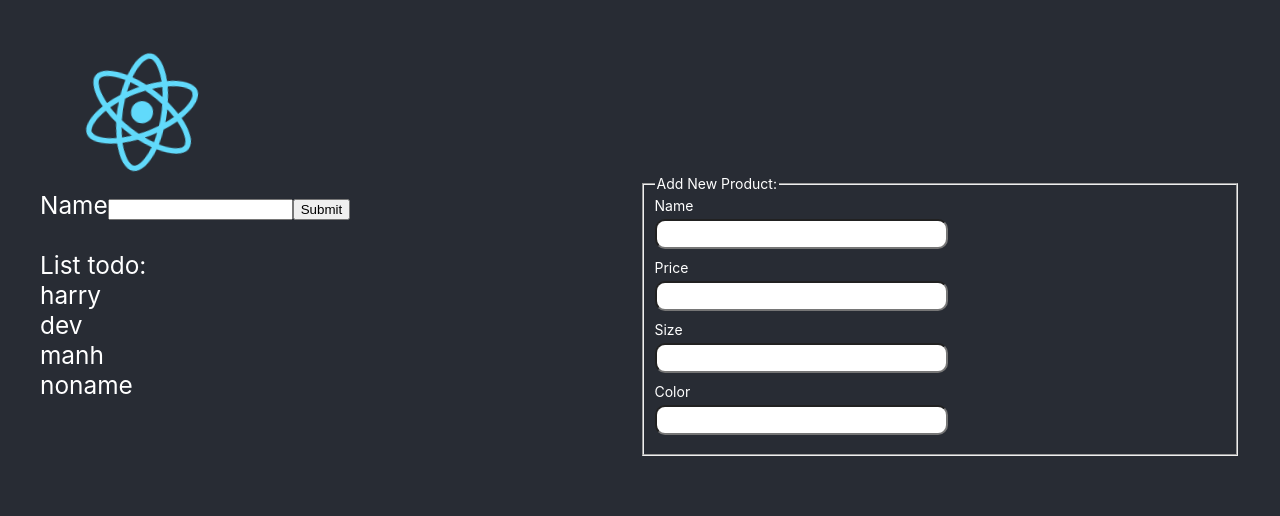
Repository: minh66hn/base-react-hook
Page: /
The author's editor kept a copy of each file at every save. The page is drawn from the files as they stood at one save, then again after the next save.
The browser window is 1280 px wide. The pictures show the whole page.
The project was rebuilt for these pictures with package versions that can differ from the ones it lists, and the page was loaded fresh each time.

Above is the page before, as saved 2022-04-18 20:39:50.

### src/App.js
import "./App.css";
import logo from "./logo.svg";

import Home from "./components/Home";
import AddNewProduct from "./components/AddNewProduct";

function App() {
  return (
    <div className="App">
      <header className="App-header content-left">
        <img src={logo} className="App-logo" alt="logo" />
        <Home></Home>
      </header>
      <div className="content-right">
        <AddNewProduct />
      </div>
    </div>
  );
}

export default App;

### src/App.css
.App {
  padding: 40px;
  background-color: #282c34;
  height: calc(100vh - 80px);
  font-size:14px;
  display: flex;
}

.App-logo {
  height: 20vmin;
  pointer-events: none;
}

@media (prefers-reduced-motion: no-preference) {
  .App-logo {
    animation: App-logo-spin infinite 20s linear;
  }
}

.App-header {
  /* min-height: 100vh; */
  /* display: flex;
  flex-direction: column; */
  /* align-items: center;
  justify-content: center; */
  font-size: calc(10px + 2vmin);
  color: white;
  /* border: 1px solid green; */
  width: 50%;
}
.content-left{
  width:50%;
}
.content-right{
  /* border: 1px solid red; */
  width: 50%;
  margin-top:135px;
  color: white;

}
.input-product input{
  width:50%;
  height:24px;
  outline: none;
  border-radius: 10px;
}
.input-product{
  margin-bottom: 10px;
  display:flex;
  flex-direction: column;
  gap:5px;
}

.App-link {
  color: #61dafb;
}

@keyframes App-logo-spin {
  from {
    transform: rotate(0deg);
  }
  to {
    transform: rotate(360deg);
  }
}
/* img {
  display: block;
  max-width: 100%;
}
.youtube-list {
  display: grid;
  grid-template-columns: repeat(4, 2fr);
  grid-gap: 25px;
  padding: 25px;
}
.youtube-image {
  height: 250px;
  margin-bottom: 15px;
}
.youtube-image img {
  width: 100%;
  height: 100%;
  object-fit: cover;
}
.youtube-footer {
  display: flex;
  align-items: flex-start;
  gap: 0 20px;
}
.youtube-avatar {
  width: 50px;
  height: 50px;
  border-radius: 100rem;
  object-fit: cover;
  flex-shrink: 0;
}
.youtube-title {
  font-size: 18px;
  margin-bottom: 10px;
}
.youtube-author {
  font-size: 14px;
  color: #999;
  font-weight: 300;
} */

### src/components/Home.js
import React from "react";
import { useState } from "react";
import AddTodo from "./AddTodo";
import DisplayListTodo from "./DisplayListTodo";
const Home = () => {
  const [todo, setTodo] = useState("");
  const randomIntFromInterval = (min, max) => {
    // min and max included
    return Math.floor(Math.random() * (max - min + 1) + min);
  };

  const [listTodo, setListTodo] = useState([
    { id: 1, name: "harry" },
    { id: 2, name: "dev" },
    { id: 3, name: "manh" },
    { id: 4, name: "noname" },
  ]);
  const handleDeleteBtn = (id) => {
    alert(`you deleted item by id:${id}`);
    let updateListTodo = listTodo.filter((item) => item.id !== id);
    setListTodo(updateListTodo);
  };
  const handleClickbtn = (todo) => {
    const todoItem = {
      id: randomIntFromInterval(5, 999),
      name: todo,
    };
    console.log(listTodo);
    if (!todo) {
      alert("please enter todo");
      return 0;
    }
    //catch1
    // let curentTodo = listTodo;
    // curentTodo.push(todoItem);
    // setListTodo(curentTodo);
    //catch2
    setListTodo([...listTodo, todoItem]);
    setTodo("");
  };

  return (
    <div>
      <AddTodo handleClickbtn={handleClickbtn} todo={todo} setTodo={setTodo} />
      <DisplayListTodo childData={listTodo} handleDeleteBtn={handleDeleteBtn} />
    </div>
  );
};

export default Home;

### src/components/AddNewProduct.js
import React from "react";

const AddNewProduct = () => {
  return (
    <div>
      <fieldset>
        <legend>Add New Product:</legend>
        <div className="input-product">
          <label>Name</label>
          <input type="text" />
        </div>
        <div className="input-product">
          <label>Price</label>
          <input type="text" />
        </div>
        <div className="input-product">
          <label>Size</label>
          <input type="text" />
        </div>
        <div className="input-product">
          <label>Color</label>
          <input type="text" />
        </div>
    <div>

    </div>
      </fieldset>
    </div>
  );
};

export default AddNewProduct;

### src/components/AddTodo.js
import React from "react";

const AddTodo = (props) => {
  const { handleClickbtn, todo, setTodo } = props;
  return (
    <div>
      <label>Name</label>
      <input
        type="text"
        value={todo}
        onChange={(event) => {
          console.log("check event:", event);
          setTodo(event.target.value);
        }}
      />
      <button
        type="button"
        onClick={() => {
          handleClickbtn(todo);
        }}
      >
        Submit
      </button>
      <br />
      <br />
    </div>
  );
};

export default AddTodo;

### src/components/DisplayListTodo.js
import React from "react";

const DisplayListTodo = (props) => {
  const listData = props.childData;
  const handleDeleteBtn = (id) => {
    props.handleDeleteBtn(id);
  };
  return (
    <div>
      <div>List todo:</div>
      {listData.map((item) => {
        console.log(item);
        return (
          <div
            key={item.id}
            onClick={() => {
              handleDeleteBtn(item.id);
            }}
          >
            {item.name}
          </div>
        );
      })}
    </div>
  );
};

export default DisplayListTodo;

Loaded but not shown: public/index.html (common file); src/index.js (common file); src/index.css (common file); src/reportWebVitals.js (common file)

After the next save:
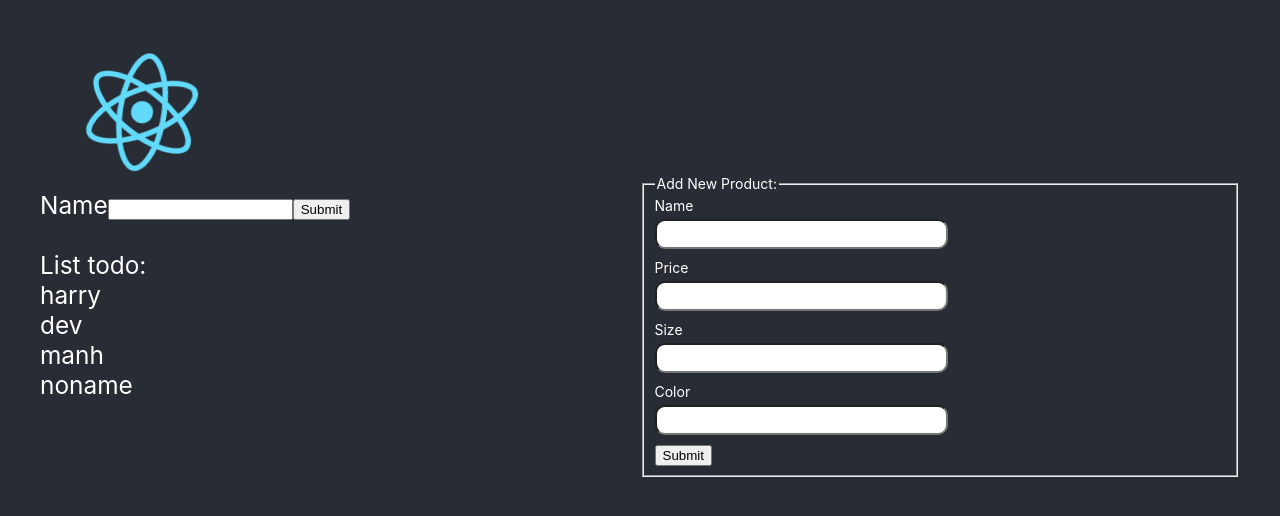
Saved 5 s later.
--- a/src/components/AddNewProduct.js
+++ b/src/components/AddNewProduct.js
@@ -21,9 +21,9 @@
           <label>Color</label>
           <input type="text" />
         </div>
-    <div>
-
-    </div>
+        <div>
+          <button type="button">Submit</button>
+        </div>
       </fieldset>
     </div>
   );
